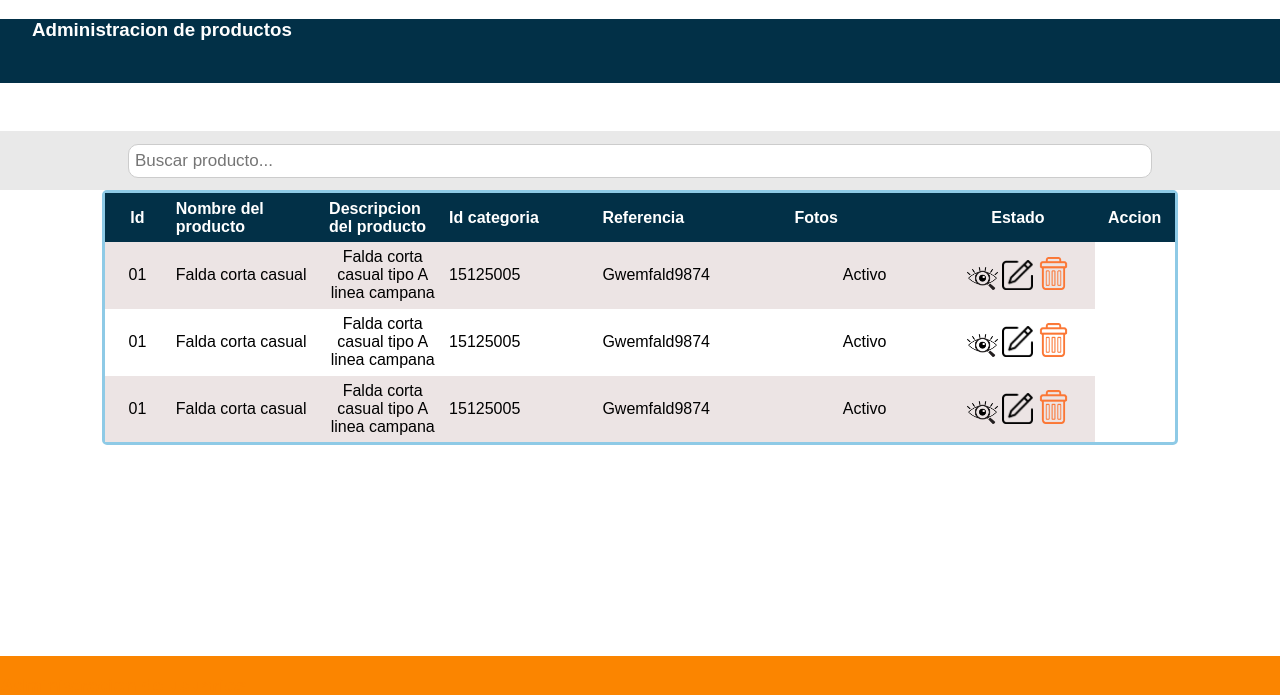
Repository: AlexanderBarona/Proyecto_Ciclo3_Mintic
Page: PaginaWeb/pages/listar_productos.html
The author's editor kept a copy of each file at every save. The page is drawn from the files as they stood at one save, then again after the next save.
The browser window is 1280 px wide. The pictures show the whole page.

Above is the page before, as saved 2021-09-30 15:31:41.

After the next save:
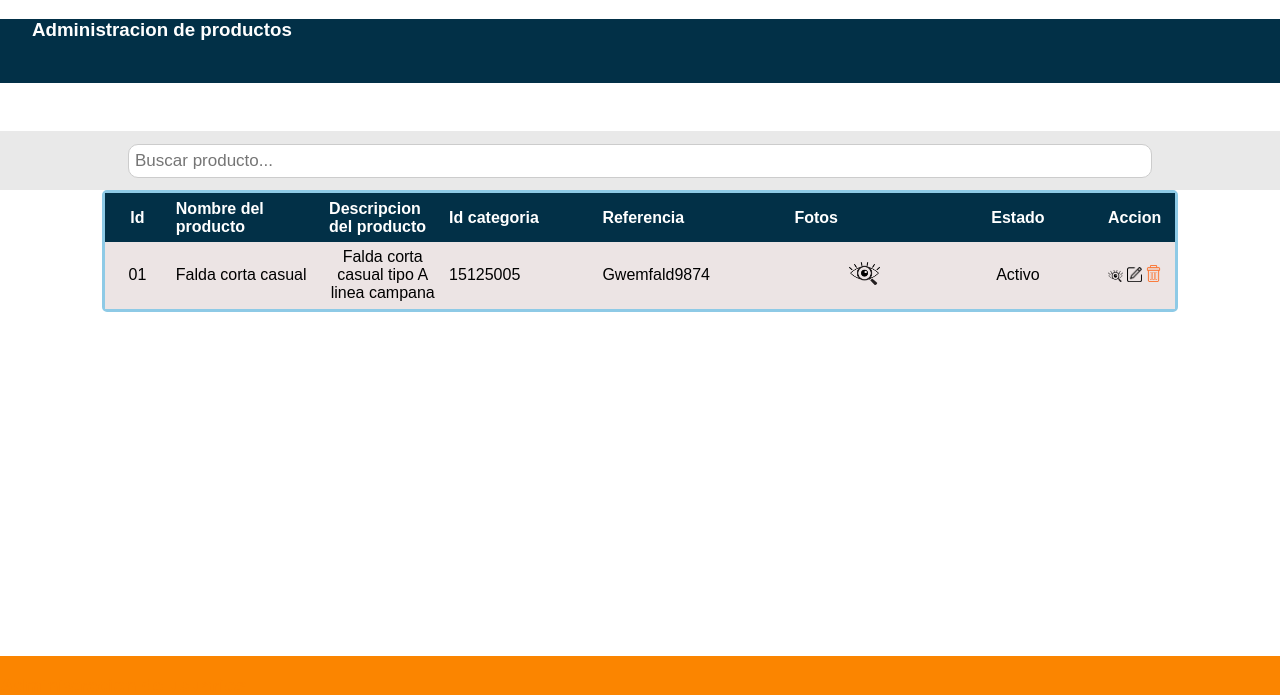
Saved 76 s later.
--- a/PaginaWeb/pages/listar_productos.html
+++ b/PaginaWeb/pages/listar_productos.html
@@ -42,7 +42,17 @@
                     <td class="table_cell center">Falda corta casual tipo A linea campana </td>
                     <td class="table_cell">15125005</td>
                     <td class="table_cell">Gwemfald9874</td>
+                    <td class="table_cell center">
+                      <div class="icon_container">
+                        <nav>
+                          <a href="icon_table">
+                            <img class="icon_cell" src="../images/IconRead.ico">
+                          </a>
 
+                        </nav>
+                    </div>
+
+                    </td>
                     <td class="table_cell center">Activo</td>
                     <td class="table_cell center">
                       <div class="icon_container">
@@ -61,56 +71,7 @@
 
                     </td>
                   </tr>
-                  <tr >
-                    <td class="table_cell center">01</td>
-                    <td class="table_cell">Falda corta casual</td>
-                    <td class="table_cell center">Falda corta casual tipo A linea campana </td>
-                    <td class="table_cell">15125005</td>
-                    <td class="table_cell">Gwemfald9874</td>
 
-                    <td class="table_cell center">Activo</td>
-                    <td class="table_cell center">
-                      <div class="icon_container">
-                        <nav>
-                          <a href="icon_table">
-                            <img class="icon_cell" src="../images/IconRead.ico">
-                          </a>
-                          <a href="icon_table">
-                            <img class="icon_cell" src="../images/IconUpdate.ico">
-                          </a>
-                          <a href="icon_table">
-                            <img class="icon_cell" src="../images/IconDelete.ico">
-                          </a>
-                        </nav>
-                    </div>
-
-                    </td>
-                  </tr>
-                  <tr >
-                    <td class="table_cell center">01</td>
-                    <td class="table_cell">Falda corta casual</td>
-                    <td class="table_cell center">Falda corta casual tipo A linea campana </td>
-                    <td class="table_cell">15125005</td>
-                    <td class="table_cell">Gwemfald9874</td>
-
-                    <td class="table_cell center">Activo</td>
-                    <td class="table_cell center">
-                      <div class="icon_container">
-                        <nav>
-                          <a href="icon_table">
-                            <img class="icon_cell" src="../images/IconRead.ico">
-                          </a>
-                          <a href="icon_table">
-                            <img class="icon_cell" src="../images/IconUpdate.ico">
-                          </a>
-                          <a href="icon_table">
-                            <img class="icon_cell" src="../images/IconDelete.ico">
-                          </a>
-                        </nav>
-                    </div>
-
-                    </td>
-                  </tr>
               </tbody>
             </table>
         </div>
